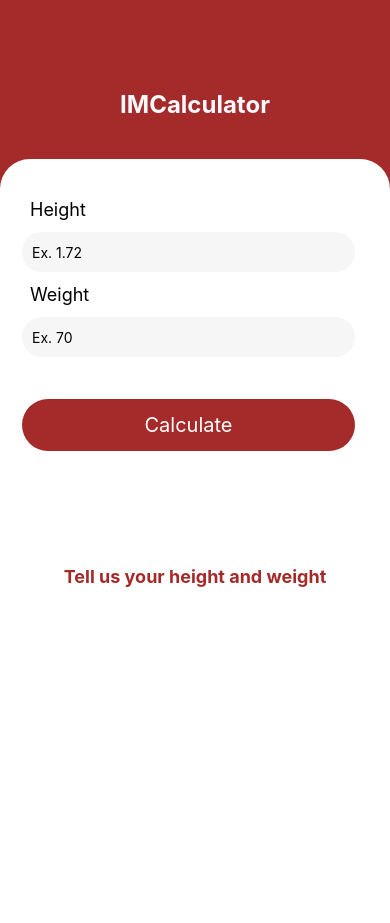
Repository: rubenmatias08/IMCTracker
Screen: /
These files come from the project's save history. The screen is drawn as it stood at one moment and after the next save; the edit follows.
The app was drawn by React Native's web renderer in a window 390 px wide. The project was rebuilt for these pictures with package versions that can differ from the ones it lists, and the page was loaded fresh each time.

Above is the screen before, as saved 2024-03-11 00:59:59.

After the next save:
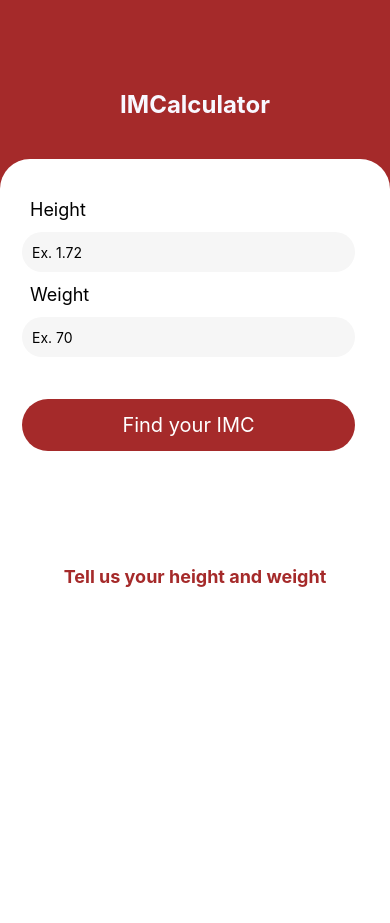
Saved 13 s later.
--- a/src/components/Form/index.js
+++ b/src/components/Form/index.js
@@ -10,7 +10,7 @@ export default function Form(){
     const [weight, setWeight] = useState(null); // Peso
     const [messageIMC, setmessageIMC] = useState("Tell us your height and weight"); // Mensagem que contem o resultado
     const [imc,setIMC] = useState(null); // valor do IMC
-    const [textButton, setTextButton] = useState("Calculate"); //
+    const [textButton, setTextButton] = useState("Find your IMC"); //
 
     //Calcular o imc é altura x altura a dividir por peso
     //E vamos querer que nos retorne o resultado (toFixed) que é para vir com 2 casas decimais apenas.
